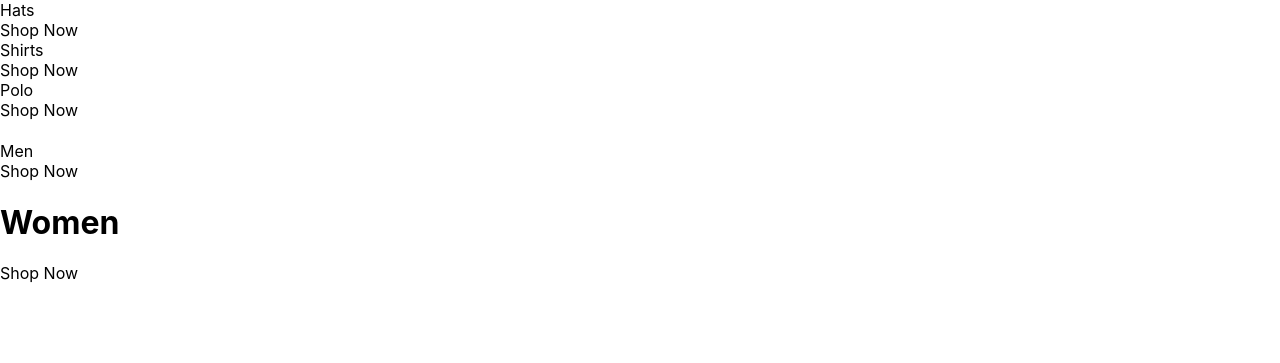
Repository: Syfon01/onestop
Page: /
The author's editor kept a copy of each file at every save. The page is drawn from the files as they stood at one save, then again after a run of saves.
The browser window is 1280 px wide. The pictures show the whole page.
The project was rebuilt for these pictures with package versions that can differ from the ones it lists, and the page was loaded fresh each time. Also part of the build but not shown: src/App.css.

Above is the page before, as saved 2020-07-24 16:05:55.

### src/App.js
import React from 'react';
import './App.css';
import HomePage from './Homepage'

function App() {
  return (
    <HomePage/>
  );
}

export default App;

### src/Homepage.js
import React from 'react'

const HomePage = () => {
  return (
  <div className="homepage">
    <div className="menu-item">
      <div className="content">
        <div className="title">Hats</div>
        <div className="subtitle">Shop Now</div>
      </div>
    </div>
    <div className="menu-item">
      <div className="content">
        <div className="title">Shirts</div>
        <div className="subtitle">Shop Now</div>
      </div>
    </div>
    <div className="menu-item">
      <div className="content">
        <div className="title">Polo</div>
        <div className="subtitle">Shop Now</div>
      </div>
    </div>
    <div className="menu-item">
      <div className="content">
        <div className="title"><h1></h1>Men</div>
        <div className="subtitle">Shop Now</div>
      </div>
    </div>
    <div className="menu-item">
      <div className="content">
        <div className="title"><h1>Women</h1></div>
        <div className="subtitle">Shop Now</div>
      </div>
    </div>
    </div>
  )
}

export default HomePage

Loaded but not shown: public/index.html (common file); src/index.js (common file); src/index.css (common file)

After the next 2 saves:
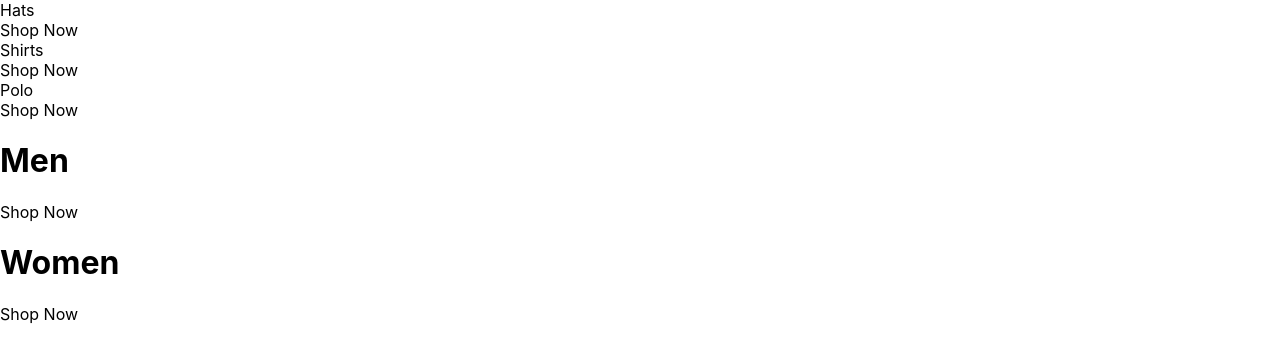
The 2 saves are shown as one change because they came seconds apart.
The last was saved 7 s later.
--- a/src/Homepage.js
+++ b/src/Homepage.js
@@ -23,7 +23,7 @@ const HomePage = () => {
     </div>
     <div className="menu-item">
       <div className="content">
-        <div className="title"><h1></h1>Men</div>
+        <div className="title"><h1>Men</h1></div>
         <div className="subtitle">Shop Now</div>
       </div>
     </div>
